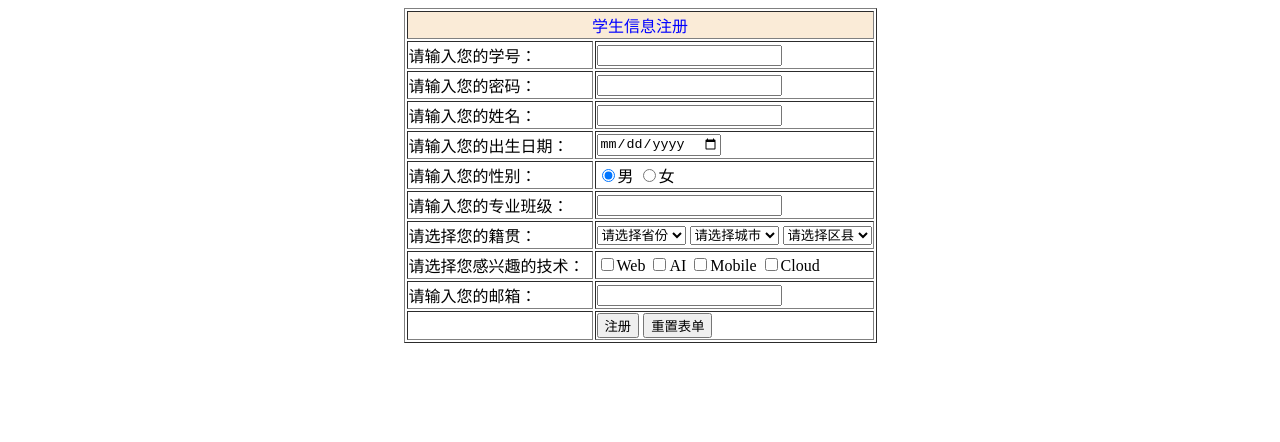
Repository: SlienceYi/webHomework
Page: 3.30作业/com.homework_0330/WebContent/register.html
These files come from the project's save history. The page is drawn as it stood at one moment and after the next save; the edit follows.
The browser window is 1280 px wide. The pictures show the whole page.

Above is the page before, as saved 2019-03-30 13:00:15.

After the next save:
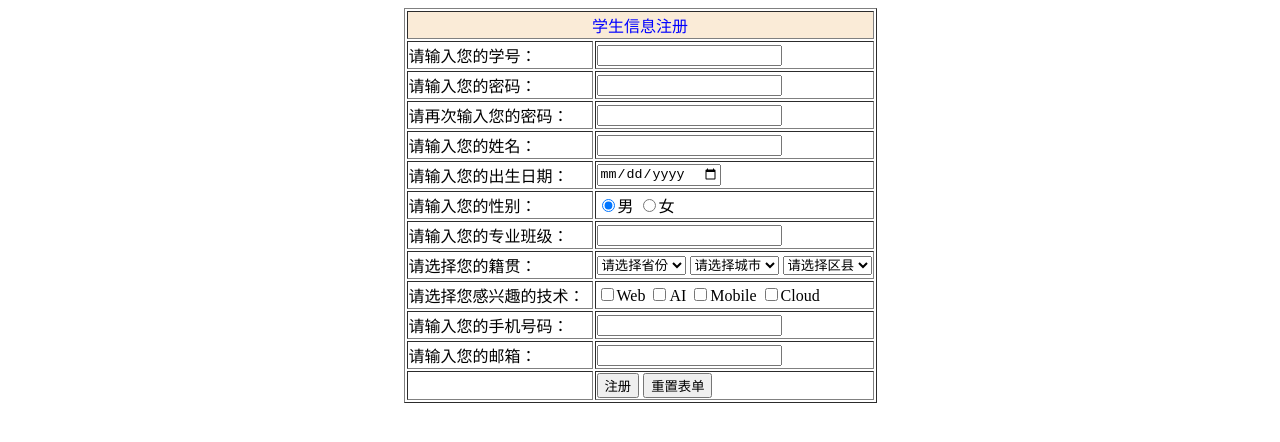
Saved 56 min 2 s later.
--- a/3.30作业/com.homework_0330/WebContent/register.html
+++ b/3.30作业/com.homework_0330/WebContent/register.html
@@ -3,13 +3,74 @@
 	<head>
 		<meta charset="UTF-8">
 		<script type="text/javascript" src="address.js"></script>
+			<script>
+			/*
+				1. 确认事件: 表单提交事件 onsubmit事件
+				2. 事件所要触发的函数: checkForm
+				3. 函数中的验证
+					1.校验用户名, 长度为10位
+					2.校验密码，密码长度要大于6位
+					3.校验手机
+					4.校验邮箱
+			*/
+			function checkForm(){
+
+				//获取用户名输入项
+				var inputObj = document.getElementById("stuNum");
+				//获取输入项的值
+				var uValue = inputObj.value;
+
+				//用户名长度需要是10位数字
+				if(uValue.length != 10 ){
+					alert("对不起,您的学号应为十位数字组成!");
+					return false;
+				}
+
+				//密码长度需要大于6位 和确认必须一致
+				//获取密码框输入的值
+				var input_password = document.getElementById("password1");
+				var uPass = input_password.value;
+
+				if(uPass.length < 6){
+					alert("对不起,您输入的密码少于6位数!");
+					return false;
+				}
+
+				//获取确认密码框的值
+				var input_repassword = document.getElementById("password2");
+				var uRePass = input_repassword.value;
+				if(uPass != uRePass){
+					alert("对不起,两次输入的密码不一致!");
+					return false;
+				}
+
+				//校验手机号
+				var input_mobile = document.getElementById("phoneNum");
+				var uMobile = input_mobile.value;
+				//
+				if(!/^[1][3578][0-9]{9}$/.test(uMobile)){
+					alert("对不起,您输入的手机号不正确!");
+					return false;
+				}
+
+				//校验邮箱: /^([a-zA-Z0-9_-])+@([a-zA-Z0-9_-])+(\.[a-zA-Z0-9_-])+/
+				var inputEmail = document.getElementById("email");
+				var uEmail = inputEmail.value;
+
+				if(!/^([a-zA-Z0-9_-])+@([a-zA-Z0-9_-])+(\.[a-zA-Z0-9_-])+/.test(uEmail)){
+					alert("对不起,您输入的邮箱地址不合法");
+					return false;
+				}
+				return true;
+			}
+		</script>
 		<title></title>
 	</head>
 
 	<body>
 
-		<table  align="center" border="1" >
-			<form action = "index.jsp" method="post">
+		<table  align="center" border="1">
+			<form action = "process.jsp" method="post" onsubmit="return checkForm()">
 
 			<tr align="center" bgcolor="antiquewhite">
 				<td colspan="2">
@@ -17,11 +78,11 @@
 				</td>
 			</tr>
 			<tr>
-				<td width="40%">
+				<td width="40%" >
 					请输入您的学号：
 				</td>
 				<td>
-					<input type="text" name="stuNum" />
+					<input type="text" id="stuNum"  name="stuNum"/>
 				</td>
 			</tr>
 			<tr>
@@ -29,25 +90,17 @@
 					请输入您的密码：
 				</td>
 				<td>
-					<input type="password" name="password1" />
+					<input type="password" name="password1" id="password1"/>
 				</td>
 			</tr>
-
-			<!--
 			<tr>
 				<td>
 					请再次输入您的密码：
 				</td>
 				<td>
-					<input type="password" name="password2"/>
+					<input type="password" name="password2" id="password2"/>
 				</td>
 			</tr>
-			-->
-
-			<!--
-				再次输入密码可以搞个js进行验证，我想搞个显示打勾的图标，暂时还没很好的想法，所以先注释掉吧
-			 -->
-
 			<tr>
 				<td>
 					请输入您的姓名：
@@ -110,12 +163,22 @@
 					<input type="checkbox" name="interest" value="clode"/>Cloud
 				</td>
 			</tr>
+			<tr>
+				<td>
+					请输入您的手机号码：
+				</td>
+				<td>
+					<input type="text" name="phoneNum" id="phoneNum" />
+				</td>
+			</tr>
+			<tr>
 				<td>
 					请输入您的邮箱：
 				</td>
 				<td>
-					<input type="text" />
+					<input type="text" name="email" id="email"/>
 				</td>
+			</tr>
 			<tr>
 				<td>
 
